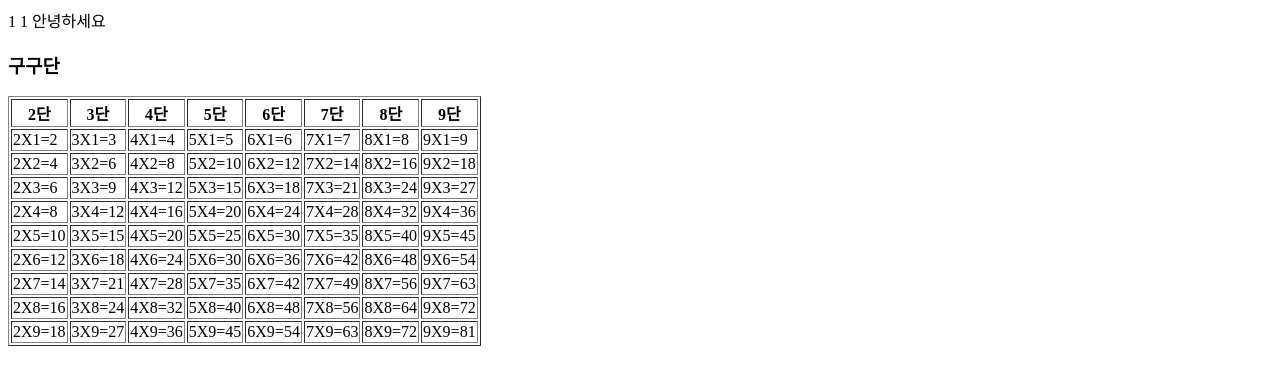
Repository: Luho0113/SpringBootStudy
Page: http://localhost/web/
An editor plug-in stored every save of this project. The page is shown before and after the next save, followed by the edit.
The browser window is 1280 px wide. The pictures show the whole page.
The page is served by Tomcat 9. Other server files are loaded and not shown.

Above is the page before, as saved 2023-05-03 02:30:11.

### web/src/main/webapp/index.jsp
<%@ page language="java" contentType="text/html; charset=UTF-8"
    pageEncoding="UTF-8"%>
<%
String str = "1";
out.println(str);
%>
<%=str%>
<!DOCTYPE html>
<html>
<head>
<meta charset="UTF-8">
<title>Insert title here</title>
</head>
<body>
안녕하세요

<%
out.println("<h3>" + "구구단" + "</h3>");
%>
	<table border="1">
		<tr>
				<%

				for (int i = 2; i < 10; i++) {
					out.println("<th>");
					out.println(i + "단");
					out.println("</th>");
				}
				%>
		</tr>
		<%
		for (int i = 1; i < 10; i++) {
			out.println("<tr>");
			for (int j = 2; j < 10; j++) {

				out.println("<td>" + j + "X" + i + "=" + i * j + "</td>");
			}
			out.println("</tr>");
		}
		%>
	</table>
</body>
</html>

After the next save:
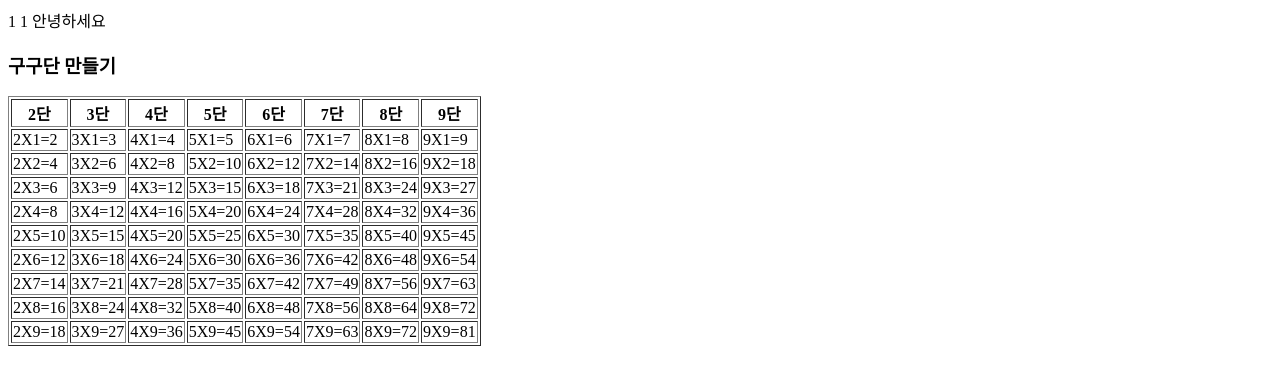
Saved 10 s later.
--- a/web/src/main/webapp/index.jsp
+++ b/web/src/main/webapp/index.jsp
@@ -15,7 +15,7 @@ out.println(str);
 안녕하세요
 
 <%
-out.println("<h3>" + "구구단" + "</h3>");
+out.println("<h3>" + "구구단 만들기" + "</h3>");
 %>
 	<table border="1">
 		<tr>
